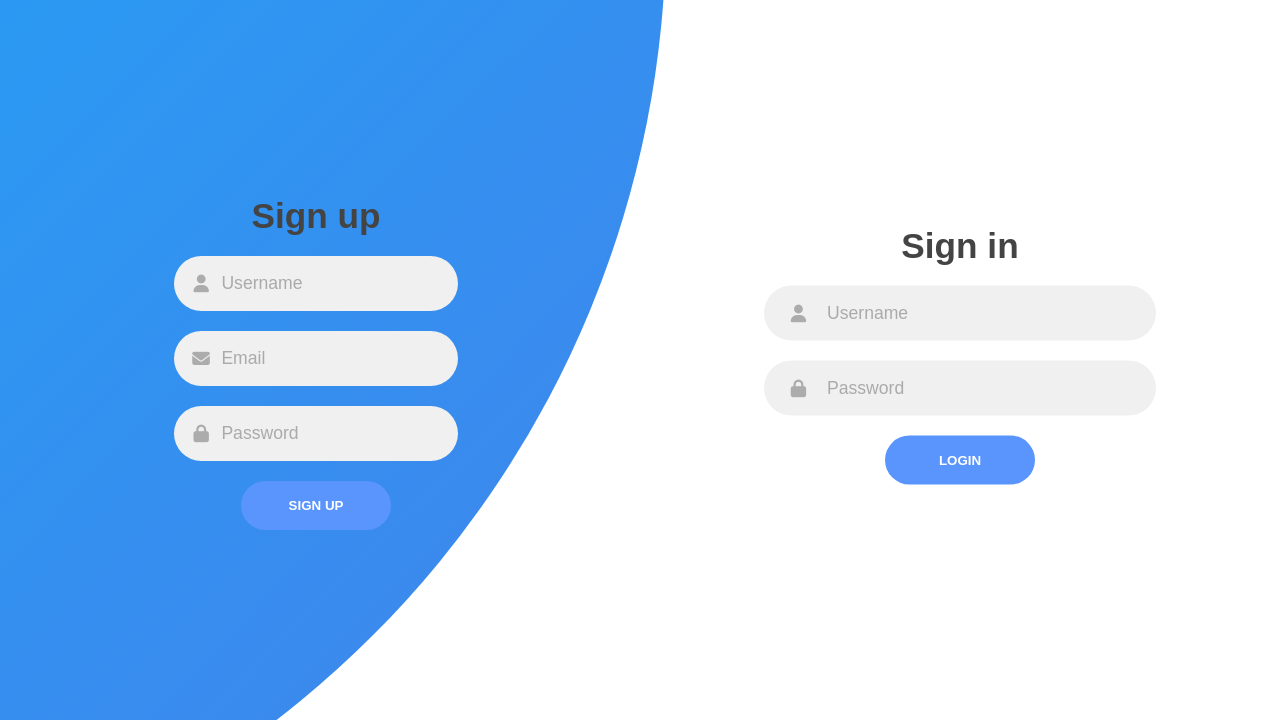
Repository: sarfaraz1611/NitteMovie.github.io
Page: login.html
These files come from the project's save history. The page is drawn as it stood at one moment and after the next save; the edit follows.
The browser window is 1280 px wide. The pictures show the whole page.
Some web libraries are served in a nearby version.

Above is the page before, as saved 2022-07-15 23:41:26.

### login.html
<!DOCTYPE html>
<html lang="en">

<head>
    <meta charset="UTF-8" />
    <meta name="viewport" content="width=device-width, initial-scale=1.0" />
    <script src="https://kit.fontawesome.com/64d58efce2.js" crossorigin="anonymous"></script>
    <link rel="stylesheet" href="./assets/css/main.css" />
    <title>nittemovies</title>
</head>

<body>
    <div class="container">

            <div class="signin-signup">
                <form action="" class="sign-in-form">
                    <h2 class="title">Sign in</h2>
                    <div class="input-field">
                        <i class="fas fa-user"></i>
                        <input type="text" placeholder="Username" />
                    </div>
                    <div class="input-field">
                        <i class="fas fa-lock"></i>
                        <input type="password" placeholder="Password" />
                    </div>
                    <input type="submit" value="Login" class="btn solid" />

                </form>

            </div>


        <div class="panels-container">
            <div class="panel left-panel">
                                   <form action="#" class="">
                        <h2 class="title">Sign up</h2>
                        <div class="input-field">
                            <i class="fas fa-user"></i>
                            <input type="text" placeholder="Username" />
                        </div>
                        <div class="input-field">
                            <i class="fas fa-envelope"></i>
                            <input type="email" placeholder="Email" />
                        </div>
                        <div class="input-field">
                            <i class="fas fa-lock"></i>
                            <input type="password" placeholder="Password" />
                        </div>
                        <input type="submit" class="btn" value="Sign up" />

                    </form>
                </div>
            </div>



    </div>


</body>

</html>

### assets/css/main.css
:root {
  --live-indicator-shadow: hsla(0, 79%, 63%, 0.5);
  --rich-black-fogra-30:   hsl(219, 32%, 10%);
  --rich-black-fogra-29:   hsl(222, 25%, 10%);
  --oxford-blue-50:        hsla(218, 39%, 14%, 0.8);
  --oxford-blue:           hsl(218, 39%, 14%);
  --light-azure:           hsl(214, 84%, 56%);
  --off-white:             hsl(0, 0%, 88%);
  --white:                 hsl(0, 0%, 100%);
  --azure:                 hsl(211, 100%, 50%);



  --ff-inter: "Inter", sans-serif;

  --section-heading: 40px;



  --px: 50px;

}
@media only screen and (max-width: 1026px) {
  .banner {
      display: none;
  }
}



* {
  margin: 0;
  padding: 0;
  transition: all 0.5s ease;
}

h1, h2, h3, h4, h5, h6 { color: var(--white); }

html { font-family: var(--ff-inter); }

body {
  background: var(--rich-black-fogra-29);
  color: var(--off-white);
}
img {
  display: block;
  width: 100%;
  height: 100%;
  object-fit: cover;
}
a {
  text-decoration: none;
  display: block;
  color: var(--off-white);
}

header, nav { background: var(--rich-black-fogra-29); }

.navbar,
.banner,
.movies,
.category {
  padding: 0 var(--px);
}




.container {
  max-width: 1440px;
  margin: auto;
}






.navbar {
  height: 100px;
  display:         flex;
  justify-content: space-between;
  align-items:     center;
}

.navbar-brand{width:251px;}




nav { margin-right: 250px; }

.navbar-nav { display: flex; }

.navbar-nav li{ margin-right: 60px; }

.navbar-link {
  font-size: var(--fs-sm);
  font-weight: var(--fw-5);
}

.navbar-link:hover { color: var(--light-azure); }




/* .navbar-signin {
  display:     flex;
  align-items: center;
  font-size: var(--fs-sm);
}



.navbar-signin:hover span { color: var(--light-azure); } */


.banner { margin-bottom: 60px; }

.banner-card {
  position: relative;
  height: 400px;
  overflow: hidden;
  border-radius: 20px;
  cursor: pointer;
}


.banner-img { object-position: top; }

.banner-card:hover .banner-img { transform: scale(1.1); }

.banner-card .card-content {
  position: absolute;
  right:  80px;
  bottom: 60px;
  left:   80px;
}

.banner-card .card-info {
  display:     flex;
  align-items: center;
  margin-bottom: 20px;
}

.banner-card .card-info div {
  display:     flex;
  align-items: center;
  margin-right: 20px;
}






.banner-card .card-title {
  font-size: 3em;
  color: var(--white);
  text-shadow: 2px 0 2px #0007;
}





.movies { margin-bottom: 60px; }








.movies-grid {
  display: grid;
  grid-template-columns: repeat(auto-fill, minmax(140px, 1fr));
  gap: 30px;
  margin-bottom: 60px;
}






.movie-card .card-head {
  position: relative;
  height: 250px;
  border-radius: 15px;
  margin-bottom: 15px;
  overflow: hidden;
}




.movie-card:hover .card-img { transform: scale(1.1); }





.movie-card .card-title {
  font-size: var(--fs-md);
  font-weight: var(--fw-5);
  margin-bottom: 5px;
}



.movie-card:hover .card-title { color: var(--light-azure); }




.movie-card .genre { margin-right: 8px; }
.play-card{
  padding-left:50px;
  padding-right:50px;
}








.category { margin-bottom: 60px; }

.category-grid {
  margin-top:25px;
  display: grid;
  grid-template-columns: repeat(4, 1fr);
  gap: 30px;
}

.category-card {
  position: relative;
  height: 150px;
  border-radius: 20px;
  overflow: hidden;
  cursor: pointer;
}



.category-card:hover .card-img { transform: scale(1.1); }

.category-card .name,
.category-card .total {
  position: absolute;
  bottom: 20px;
  color: var(--white);
  z-index: 20;
}

.category-card .name {
  left: 20px;
  font-size: 20px;
}



.category-card:hover .name { color: var(--light-azure); }



// login styles



@import url("https://fonts.googleapis.com/css2?family=Poppins:wght@200;300;400;500;600;700;800&display=swap");

* {
  margin: 0;
  padding: 0;
  box-sizing: border-box;
}

body,
input {
  font-family: "Poppins", sans-serif;
}

.container {
  position: relative;
  width: 100%;
  background-color: #fff;
  min-height: 100vh;
  overflow: hidden;
}



.signin-signup {
  position: absolute;
  top: 50%;
  transform: translate(-50%, -50%);
  left: 75%;
  width: 50%;
  transition: 1s 0.7s ease-in-out;
  display: grid;
  grid-template-columns: 1fr;
  z-index: 5;
}

form {
  display: flex;
  align-items: center;
  justify-content: center;
  flex-direction: column;
  padding: 0rem 5rem;
  transition: all 0.2s 0.7s;
  overflow: hidden;
  grid-column: 1 / 2;
  grid-row: 1 / 2;
}



.title {
  font-size: 2.2rem;
  color: #444;
  margin-bottom: 10px;
}

.input-field {
  max-width: 380px;
  width: 100%;
  background-color: #f0f0f0;
  margin: 10px 0;
  height: 55px;
  border-radius: 55px;
  display: grid;
  grid-template-columns: 15% 85%;
  padding: 0 0.4rem;
  position: relative;
}

.input-field i {
  text-align: center;
  line-height: 55px;
  color: #acacac;
  transition: 0.5s;
  font-size: 1.1rem;
}

.input-field input {
  background: none;
  outline: none;
  border: none;
  line-height: 1;
  font-weight: 600;
  font-size: 1.1rem;
  color: #333;
}

.input-field input::placeholder {
  color: #aaa;
  font-weight: 500;
}







.btn {
  width: 150px;
  background-color: #5995fd;
  border: none;
  height: 49px;
  border-radius: 49px;
  color: #fff;
  text-transform: uppercase;
  font-weight: 600;
  margin: 10px 0;
  cursor: pointer;
  transition: 0.5s;
}

.btn:hover {
  background-color: #4d84e2;
}

.panels-container {
  position: absolute;
  height: 100%;
  width: 100%;
  top: 0;
  left: 0;
  display: grid;
  grid-template-columns: repeat(2, 1fr);
}

.container:before {
  content: "";
  position: absolute;
  height: 2000px;
  width: 2000px;
  top: -10%;
  right: 48%;
  transform: translateY(-50%);
  background-image: linear-gradient(-45deg, #4481eb 0%, #04befe 100%);
  transition: 1.8s ease-in-out;
  border-radius: 50%;
  z-index: 6;
}

.image {
  width: 100%;
  transition: transform 1.1s ease-in-out;
  transition-delay: 0.4s;
}

.panel {
  display: flex;
  flex-direction: column;
  align-items: flex-end;
  justify-content: space-around;
  text-align: center;
  z-index: 6;
}

.left-panel {
  pointer-events: all;
  padding: 3rem 17% 2rem 12%;
}

.right-panel {
  pointer-events: none;
  padding: 3rem 12% 2rem 17%;
}

.panel .content {
  color: #fff;
  transition: transform 0.9s ease-in-out;
  transition-delay: 0.6s;
}

.panel h3 {
  font-weight: 600;
  line-height: 1;
  font-size: 1.5rem;
}

.panel p {
  font-size: 0.95rem;
  padding: 0.7rem 0;
}

.btn.transparent {
  margin: 0;
  background: none;
  border: 2px solid #fff;
  width: 130px;
  height: 41px;
  font-weight: 600;
  font-size: 0.8rem;
}

.right-panel .image,
.right-panel .content {
  transform: translateX(800px);
}

/* ANIMATION */

.container.sign-up-mode:before {
  transform: translate(100%, -50%);
  right: 52%;
}

.container.sign-up-mode .left-panel .image,
.container.sign-up-mode .left-panel .content {
  transform: translateX(-800px);
}

.container.sign-up-mode .signin-signup {
  left: 25%;
}

.container.sign-up-mode form.sign-up-form {
  opacity: 1;
  z-index: 2;
}

.container.sign-up-mode form.sign-in-form {
  opacity: 0;
  z-index: 1;
}

.container.sign-up-mode .right-panel .image,
.container.sign-up-mode .right-panel .content {
  transform: translateX(0%);
}

.container.sign-up-mode .left-panel {
  pointer-events: none;
}

.container.sign-up-mode .right-panel {
  pointer-events: all;
}

@media (max-width: 870px) {
  .container {
    min-height: 800px;
    height: 100vh;
  }
  .signin-signup {
    width: 100%;
    top: 95%;
    transform: translate(-50%, -100%);
    transition: 1s 0.8s ease-in-out;
  }

  .signin-signup,
  .container.sign-up-mode .signin-signup {
    left: 50%;
  }

  .panels-container {
    grid-template-columns: 1fr;
    grid-template-rows: 1fr 2fr 1fr;
  }

  .panel {
    flex-direction: row;
    justify-content: space-around;
    align-items: center;
    padding: 2.5rem 8%;
    grid-column: 1 / 2;
  }

  .right-panel {
    grid-row: 3 / 4;
  }

  .left-panel {
    grid-row: 1 / 2;
  }

  .image {
    width: 200px;
    transition: transform 0.9s ease-in-out;
    transition-delay: 0.6s;
  }

  .panel .content {
    padding-right: 15%;
    transition: transform 0.9s ease-in-out;
    transition-delay: 0.8s;
  }

  .panel h3 {
    font-size: 1.2rem;
  }

  .panel p {
    font-size: 0.7rem;
    padding: 0.5rem 0;
  }

  .btn.transparent {
    width: 110px;
    height: 35px;
    font-size: 0.7rem;
  }

  .container:before {
    width: 1500px;
    height: 1500px;
    transform: translateX(-50%);
    left: 30%;
    bottom: 68%;
    right: initial;
    top: initial;
    transition: 2s ease-in-out;
  }

  .container.sign-up-mode:before {
    transform: translate(-50%, 100%);
    bottom: 32%;
    right: initial;
  }

  .container.sign-up-mode .left-panel .image,
  .container.sign-up-mode .left-panel .content {
    transform: translateY(-300px);
  }

  .container.sign-up-mode .right-panel .image,
  .container.sign-up-mode .right-panel .content {
    transform: translateY(0px);
  }

  .right-panel .image,
  .right-panel .content {
    transform: translateY(300px);
  }

  .container.sign-up-mode .signin-signup {
    top: 5%;
    transform: translate(-50%, 0);
  }
}

@media (max-width: 570px) {
  form {
    padding: 0 1.5rem;
  }

  .image {
    display: none;
  }
  .panel .content {
    padding: 0.5rem 1rem;
  }
  .container {
    padding: 1.5rem;
  }

  .container:before {
    bottom: 72%;
    left: 50%;
  }

  .container.sign-up-mode:before {
    bottom: 28%;
    left: 50%;
  }
}

After the next save:
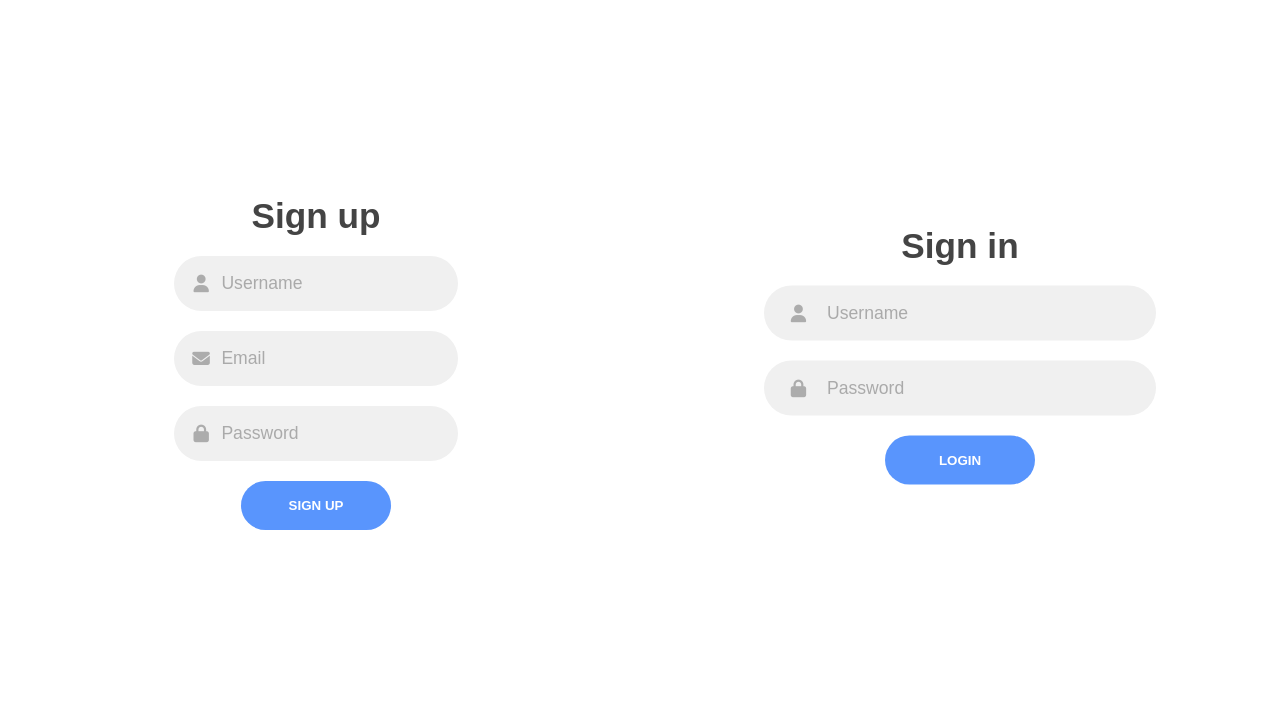
Saved 10 s later.
--- a/assets/css/main.css
+++ b/assets/css/main.css
@@ -397,7 +397,7 @@
   grid-template-columns: repeat(2, 1fr);
 }
 
-.container:before {
+/* .container:before {
   content: "";
   position: absolute;
   height: 2000px;
@@ -409,7 +409,7 @@
   transition: 1.8s ease-in-out;
   border-radius: 50%;
   z-index: 6;
-}
+} */
 
 .image {
   width: 100%;

After the save that followed:
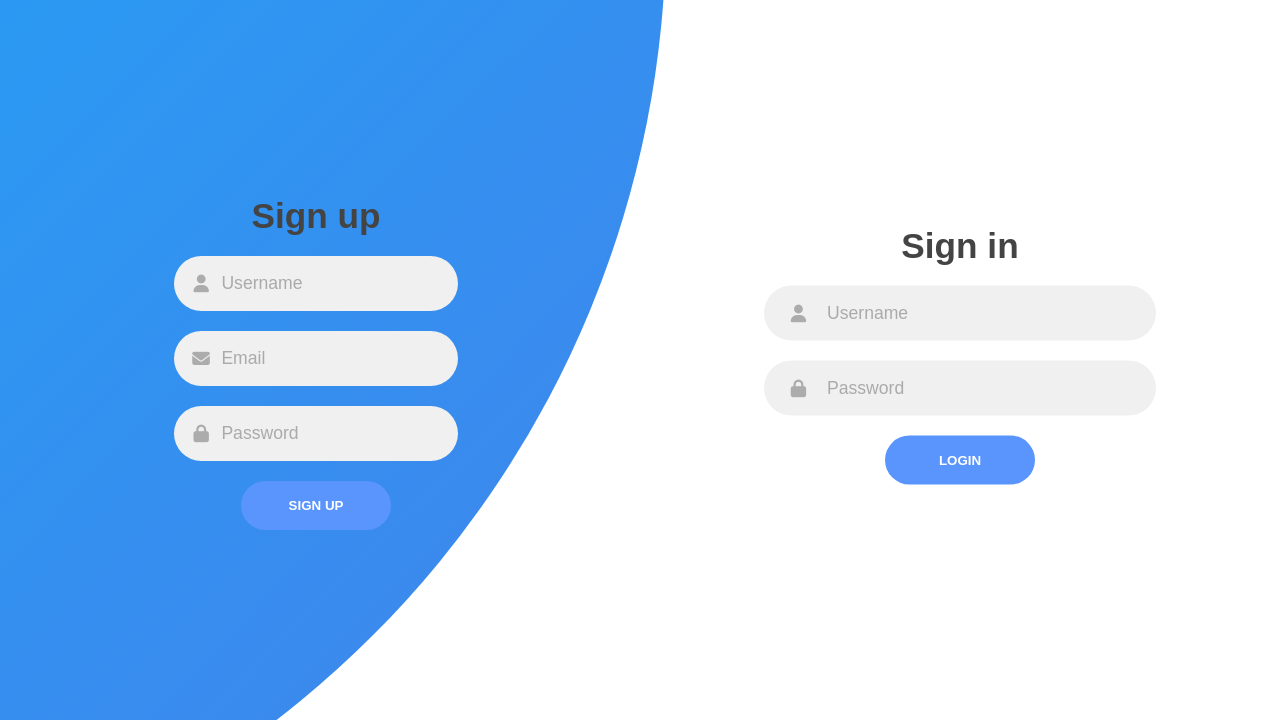
Saved 9 s later.
--- a/assets/css/main.css
+++ b/assets/css/main.css
@@ -397,7 +397,7 @@
   grid-template-columns: repeat(2, 1fr);
 }
 
-/* .container:before {
+.container:before {
   content: "";
   position: absolute;
   height: 2000px;
@@ -409,7 +409,7 @@
   transition: 1.8s ease-in-out;
   border-radius: 50%;
   z-index: 6;
-} */
+}
 
 .image {
   width: 100%;
